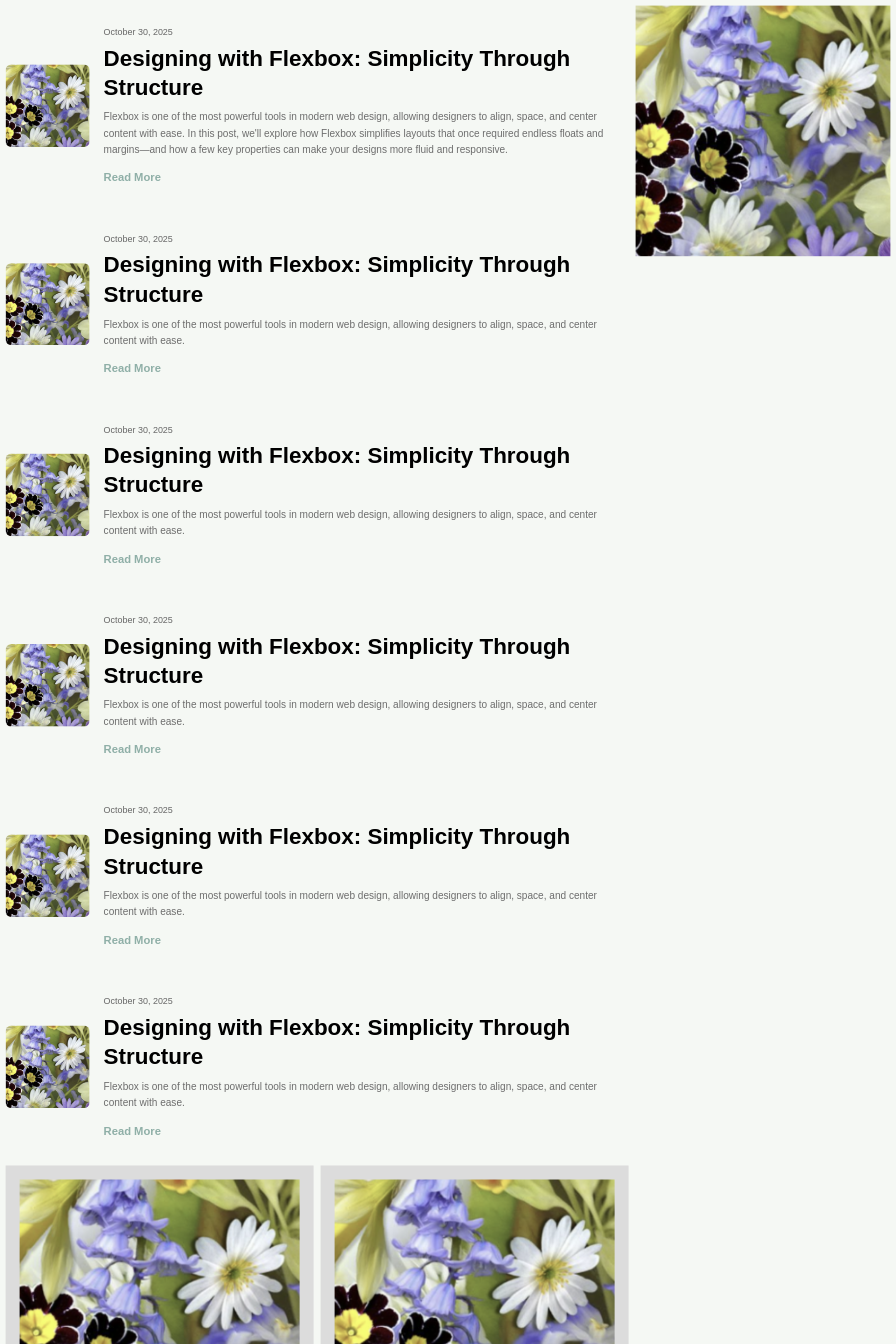
Repository: Brittany-Westlund/WebDesign
Page: Assignment5/grid.html
These files come from the project's save history. The page is drawn as it stood at one moment and after the next save; the edit follows.
The browser window is 1280 px wide. The pictures show the part of the page from y = 0 to 1920 px (the page is 3101 px tall before and 2981 px after), at 70% of full size.

Above is the page before, as saved 2025-11-18 20:09:27.

After the next save:
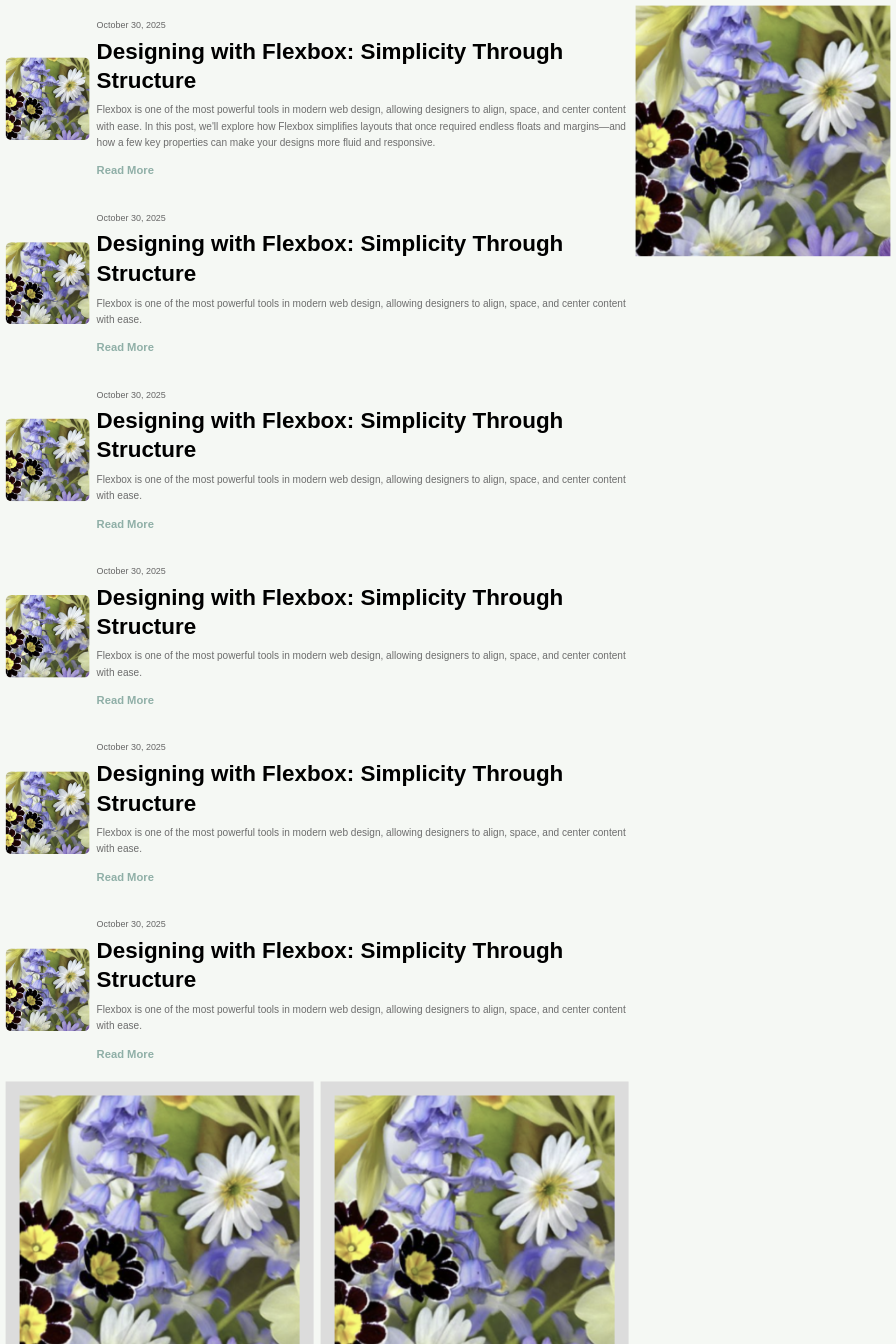
Saved 77 s later.
--- a/Assignment5/style/style.css
+++ b/Assignment5/style/style.css
@@ -10,17 +10,21 @@ body {
   align-items: start;
 }
 
+/* Compact blog previews ONLY inside the featured section */
 .featured-section .blog-preview {
-  margin: 20px 0;
+  margin: 10px 0;
   padding: 10px 0;
+  width: 100%;
   max-width: 100%;
-  width: 100%;
+  gap: 10px;
   box-sizing: border-box;
 }
 
 .featured-section .blog-preview img {
   width: 120px;
+  height: auto;
   flex-shrink: 0;
+  border-radius: 8px;
 }
 
 
